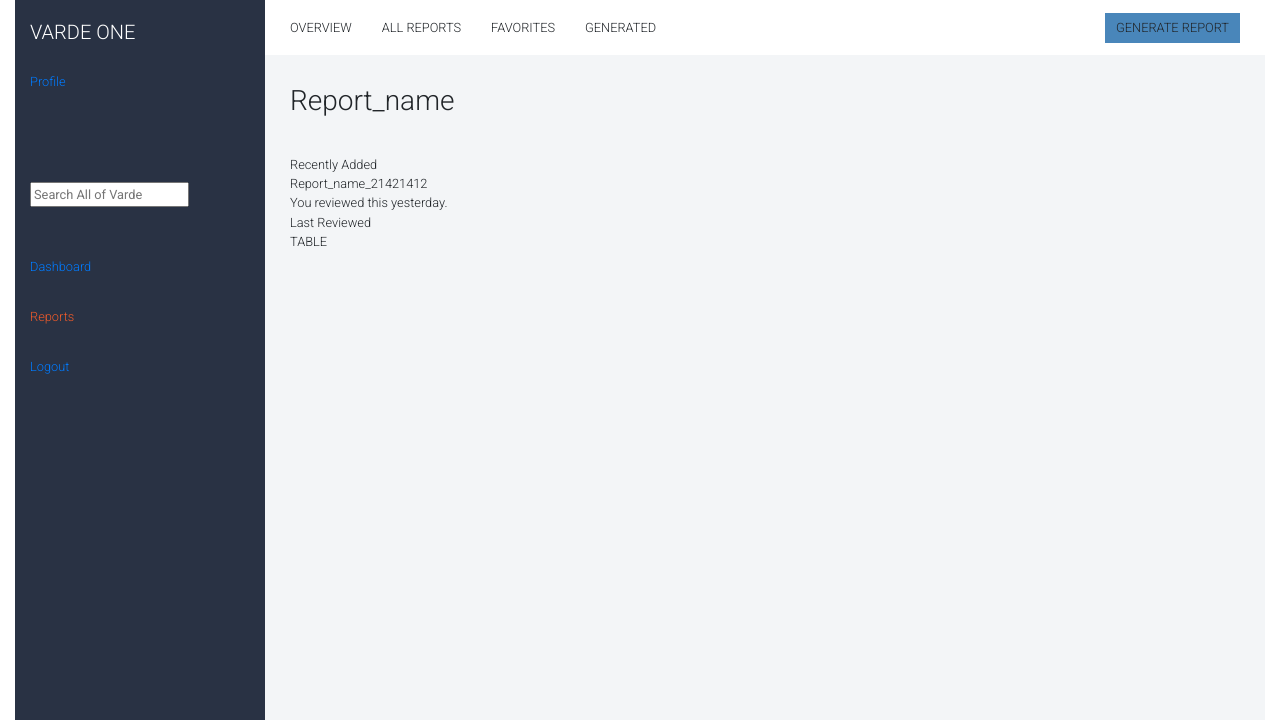
Repository: slavishtipkov/cra-redux
Page: /reports
The author's editor kept a copy of each file at every save. The page is drawn from the files as they stood at one save, then again after the next save.
The browser window is 1280 px wide. The pictures show the whole page.
The project was rebuilt for these pictures with package versions that can differ from the ones it lists, and the page was loaded fresh each time.

Above is the page before, as saved 2019-07-09 14:22:14.

### src/index.js
import React from "react";
import ReactDOM from "react-dom";
import { BrowserRouter as Router } from "react-router-dom";

import * as serviceWorker from "./serviceWorker";

import "@fortawesome/fontawesome-free/css/all.min.css";
import "bootstrap-css-only/css/bootstrap.min.css";
import "mdbreact/dist/css/mdb.css";

import App from "./Components/App";

import "./index.css";

ReactDOM.render(
  <Router>
    <App />
  </Router>,
  document.getElementById("root")
);

// If you want your app to work offline and load faster, you can change
// unregister() to register() below. Note this comes with some pitfalls.
// Learn more about service workers: https://bit.ly/CRA-PWA
serviceWorker.unregister();

### src/index.css
@import-normalize;

#root {
  max-width: 1360px;
  min-width: 960px;
  margin: 0 auto;
  font-size: 0.8rem;
}

### src/Components/App/App.js
import React, { Suspense, lazy } from "react";
import { Route, Switch } from "react-router-dom";

import SideBar from "../Common/SideBar";

import "./App.scss";

const Login = lazy(() => import("../../Containers/Login"));
const Profile = lazy(() => import("../../Containers/Profile"));
const Dashboard = lazy(() => import("../../Containers/Dashboard"));
const Reports = lazy(() => import("../../Containers/Reports"));
const NotFound = lazy(() => import("../Common/NotFound"));

const App = ({ childProps }) => {
  return (
    <div className="container-fluid">
      <SideBar />
      <Suspense fallback={<div>Loading...</div>}>
        <Switch>
          <Route path="/" exact component={Login} props={childProps} />
          <Route path="/profile" exact component={Profile} props={childProps} />
          <Route
            path="/dashboard"
            exact
            component={Dashboard}
            props={childProps}
          />
          <Route path="/reports" exact component={Reports} props={childProps} />
          <Route component={NotFound} />
        </Switch>
      </Suspense>
    </div>
  );
};

export default App;

### src/Components/App/App.scss
.container-fluid {
  width: 100%;
  height: 100vh;

  display: flex;
  align-items: stretch;

  .side-bar {
    width: 20%;
  }

  .page {
    width: 80%;
    background-color: #f3f5f7;

    .page-header {
      .page-header-nav {
        background-color: #ffffff;
        display: flex;
        justify-content: space-between;

        ul {
          display: flex;
          margin: 0;
          padding: 0;
          height: 55px;
          line-height: 55px;

          padding-left: 25px;

          li {
            display: block;
            margin-right: 30px;

            &:hover {
              color: #4986ba;
              cursor: pointer;
            }
          }
        }

        .generate-report-wrapper {
          align-self: center;
          text-align: center;

          .generate-button {
            margin-right: 25px;
            height: 30px;
            width: 135px;
            background-color: #4986ba;
            line-height: 30px;
            cursor: pointer;
          }
        }
      }
      .page-header-heading {
        height: 100px;
        display: flex;
        align-items: center;
        padding-left: 25px;
      }
      .page-header-content {
        padding-left: 25px;
      }
    }

    .page-content {
      padding-left: 25px;
    }
  }
}

### src/Containers/Reports/index.js
import Reports from "./Reports";

export default Reports;

### src/Components/Common/SideBar/SideBar.js
import React from "react";
import { NavLink } from "react-router-dom";

import "./sideBar.scss";
import { MDBContainer, MDBRow, MDBCol } from "mdbreact";
const SideBar = () => {
  const activeStyle = { color: "#F15B2A" };

  return (
    <nav className="side-bar">
      <h5 className="heading">VARDE ONE</h5>
      <div className="profile-section">
        <NavLink to="/profile" activeStyle={activeStyle}>
          Profile
        </NavLink>
      </div>
      <div className="search-bar">
        <input type="text" placeholder="Search All of Varde" />
      </div>
      <div className="main-links">
        <NavLink to="/dashboard" activeStyle={activeStyle}>
          Dashboard
        </NavLink>
        <NavLink to="/reports" activeStyle={activeStyle} exact>
          Reports
        </NavLink>
      </div>
      <NavLink to="/logout" activeStyle={activeStyle}>
        Logout
      </NavLink>
    </nav>
  );
};

export default SideBar;

### src/Containers/Reports/Reports.js
import React from "react";

import "./reports.scss";

const Reports = () => (
  <div className="reports-page page">
    <div className="reports-page-header page-header">
      <div className="page-header-nav">
        <ul>
          <li>OVERVIEW</li>
          <li>ALL REPORTS</li>
          <li>FAVORITES</li>
          <li>GENERATED</li>
        </ul>
        <div className="generate-report-wrapper">
          <div className="generate-button">GENERATE REPORT</div>
        </div>
      </div>
      <div className="page-header-heading">
        <h3>Report_name</h3>
      </div>
      <div className="page-header-content">
        <div className="recently-added-wrapper">
          <div className="recently-added-heading">Recently Added</div>
          <div className="recently-added-boxes">
            <div className="recently-added-box">
              <div className="name">Report_name_21421412</div>
              <div className="info">You reviewed this yesterday.</div>
            </div>
          </div>
        </div>
      </div>
    </div>
    <div className="page-content">
      <div>Last Reviewed</div>
      <div className="table">TABLE</div>
    </div>
  </div>
);

export default Reports;

### src/Components/Common/SideBar/sideBar.scss
.side-bar {
  display: flex;
  flex-direction: column;

  padding-left: 15px;
  padding-right: 15px;
  background-color: #293244;

  .heading {
    padding-top: 20px;
    padding-bottom: 20px;
    color: white;
  }

  .profile-section {
    height: 90px;
    margin-bottom: 20px;
  }

  .serach-bar {
    padding-top: 20px;
    margin-bottom: 50px;

    input {
      display: inline;
    }
  }

  .main-links {
    display: flex;
    flex-direction: column;
    margin-top: 50px;

    a {
      height: 50px;
      text-decoration: none;
    }
  }
}

### src/Containers/Reports/reports.scss
.reports-page {
  .reports-page-header {
    .page-header-content {
    }
  }
}

Loaded but not shown: public/index.html (common file); src/serviceWorker.js (common file); src/Components/App/index.js (common file); src/Components/Common/SideBar/index.js (common file)

After the next save:
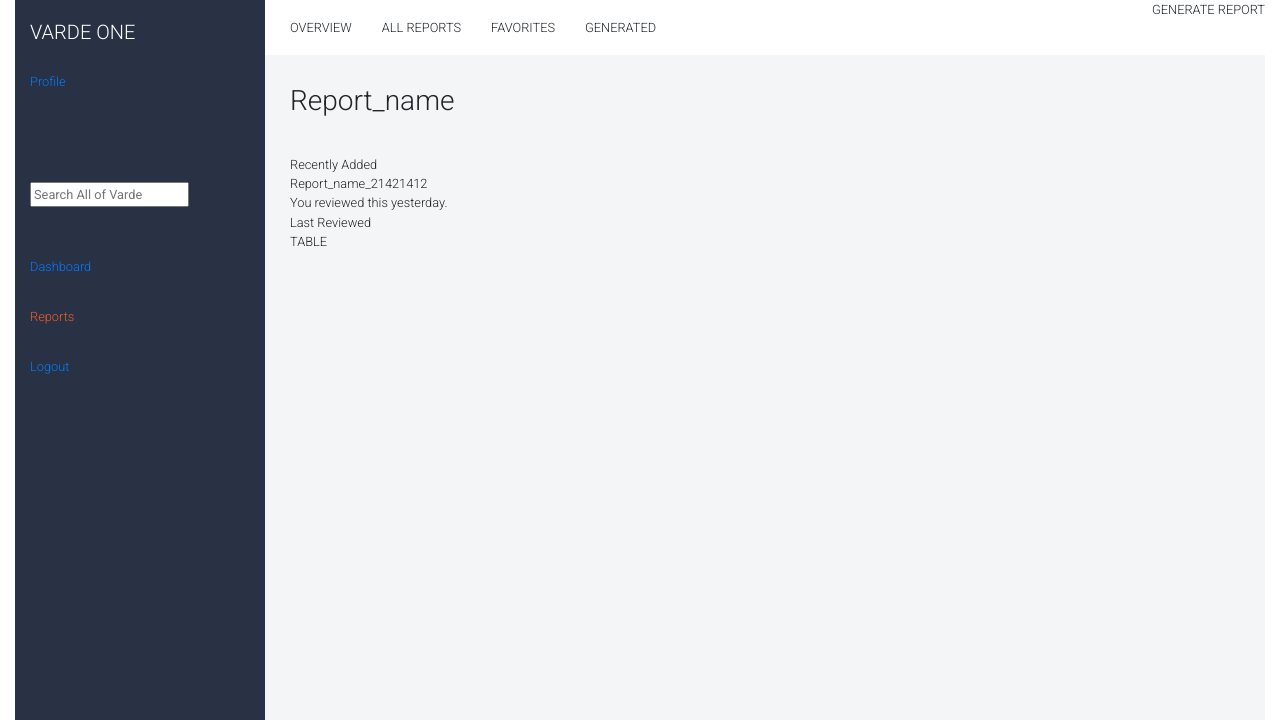
Saved 4 min 3 s later.
--- a/src/Components/App/App.scss
+++ b/src/Components/App/App.scss
@@ -38,20 +38,6 @@
             }
           }
         }
-
-        .generate-report-wrapper {
-          align-self: center;
-          text-align: center;
-
-          .generate-button {
-            margin-right: 25px;
-            height: 30px;
-            width: 135px;
-            background-color: #4986ba;
-            line-height: 30px;
-            cursor: pointer;
-          }
-        }
       }
       .page-header-heading {
         height: 100px;

After the save that followed:
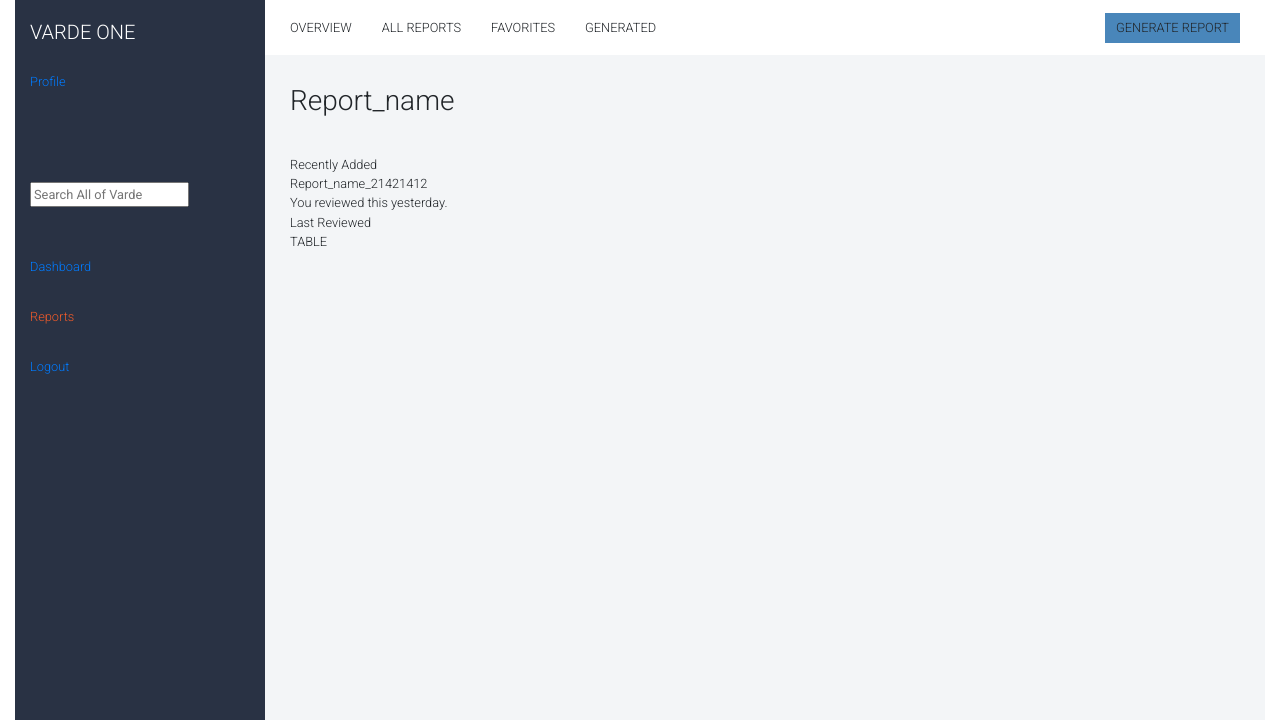
Saved 43 s later.
--- a/src/Containers/Reports/reports.scss
+++ b/src/Containers/Reports/reports.scss
@@ -1,5 +1,18 @@
 .reports-page {
   .reports-page-header {
+    .generate-report-wrapper {
+      align-self: center;
+      text-align: center;
+
+      .generate-button {
+        margin-right: 25px;
+        height: 30px;
+        width: 135px;
+        background-color: #4986ba;
+        line-height: 30px;
+        cursor: pointer;
+      }
+    }
     .page-header-content {
     }
   }
